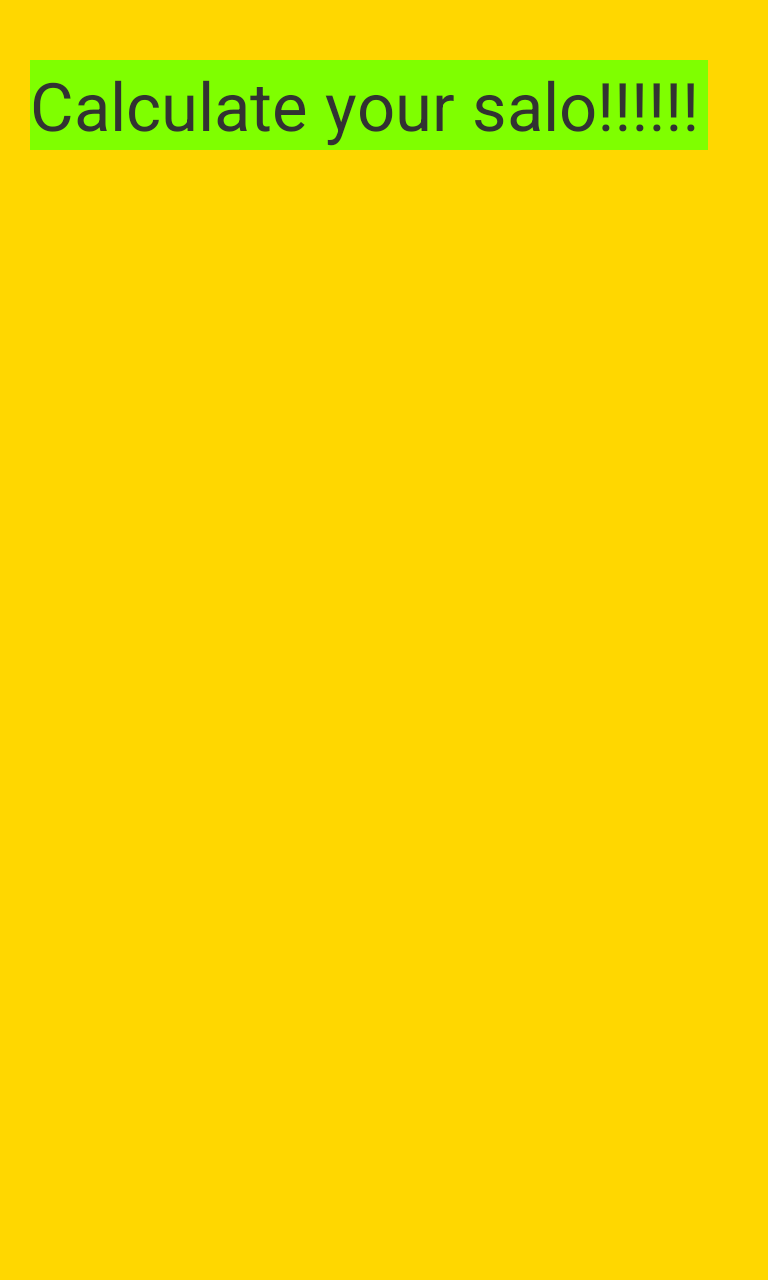
Repository: njiiriJohnii/Android-projects
Layout: salo/res/layout/activity_main.xml
An editor plug-in stored every save of this project. The layout is shown before and after the next save, followed by the edit.
It is drawn on a 768 x 1280 px phone screen (xhdpi) without system bars, with theme AppTheme; the app's code is not run.

Above is the layout before, as saved 2014-05-29 15:41:43.

### salo/res/layout/activity_main.xml
<LinearLayout xmlns:android="http://schemas.android.com/apk/res/android"
    android:layout_width="fill_parent"
    android:layout_height="fill_parent"
    android:orientation="vertical"
    android:background="#FFD700">
    <TextView
        android:id="@+id/sal"
        android:layout_width="fill_parent"
        android:layout_height="wrap_content"
        android:text="Calculate your salo!!!!!!"
        android:fontFamily="verdana"
        android:background="#7FFF00"
        android:layout_marginTop="30dp"
        android:layout_marginLeft="15dp"
        android:layout_marginRight="30dp"
        android:textSize="15pt"


        />




</LinearLayout>

Loaded but not shown: salo/res/values/styles.xml (common file); salo/res/values-v11/styles.xml (common file); salo/res/values-v14/styles.xml (common file)

After the next save:
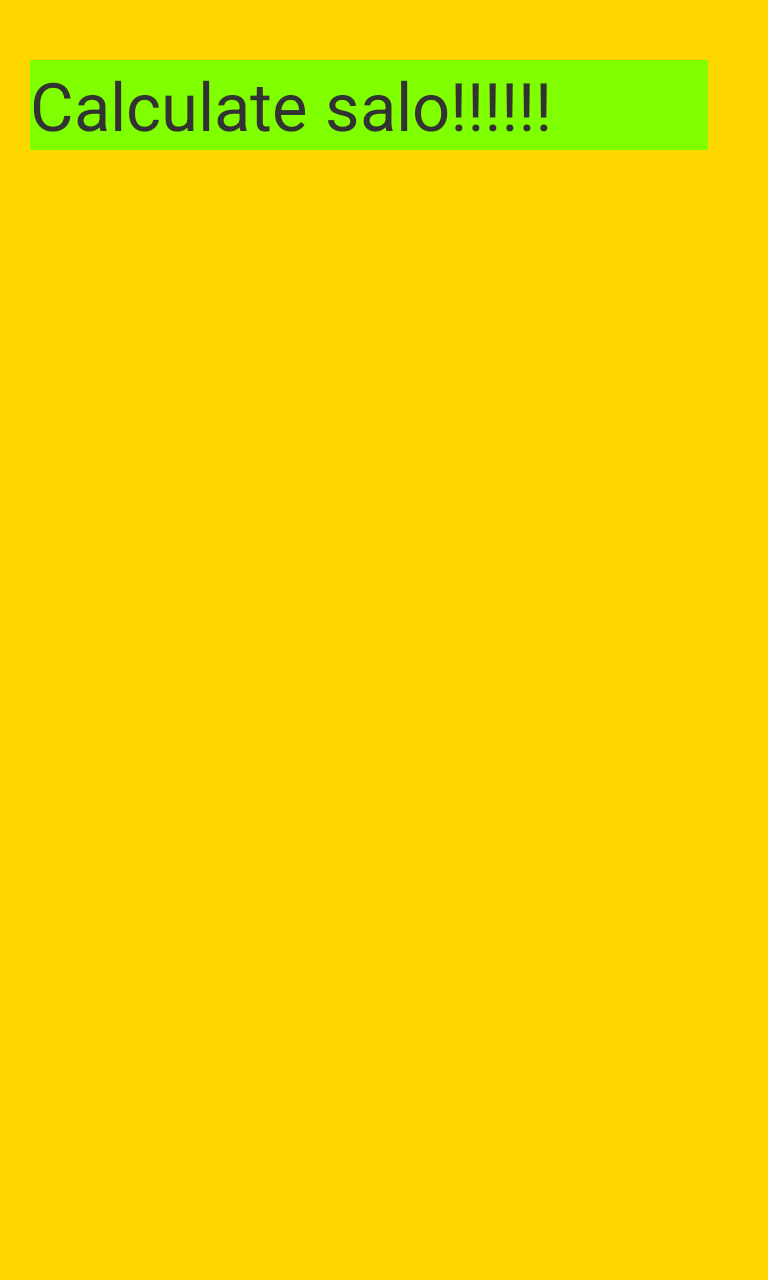
Saved 53 s later.
--- a/salo/res/layout/activity_main.xml
+++ b/salo/res/layout/activity_main.xml
@@ -7,7 +7,7 @@
         android:id="@+id/sal"
         android:layout_width="fill_parent"
         android:layout_height="wrap_content"
-        android:text="Calculate your salo!!!!!!"
+        android:text="Calculate salo!!!!!!"
         android:fontFamily="verdana"
         android:background="#7FFF00"
         android:layout_marginTop="30dp"
